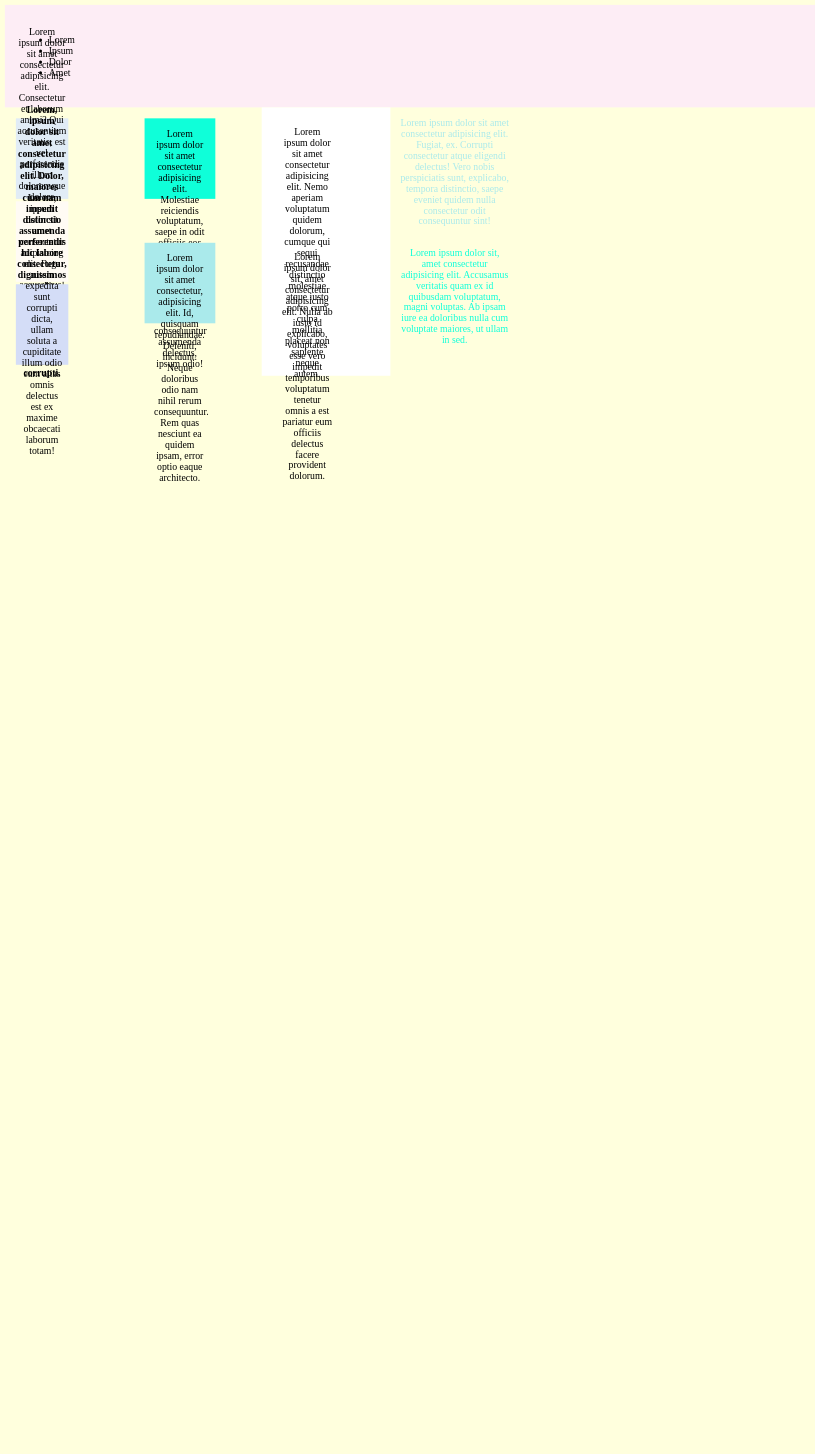
Repository: HTML-a-CSS-2/projekt-portfolio-Angelina555555
Page: .github/index.html
These files come from the project's save history. The page is drawn as it stood at one moment and after the next save; the edit follows.
The browser window is 1280 px wide. The page is 1336 px wide, so the pictures cover 1336 px, including what lies to the right of the window. The pictures show the whole page, at 61% of full size.

Above is the page before, as saved 2022-05-14 21:55:04.

After the next save:
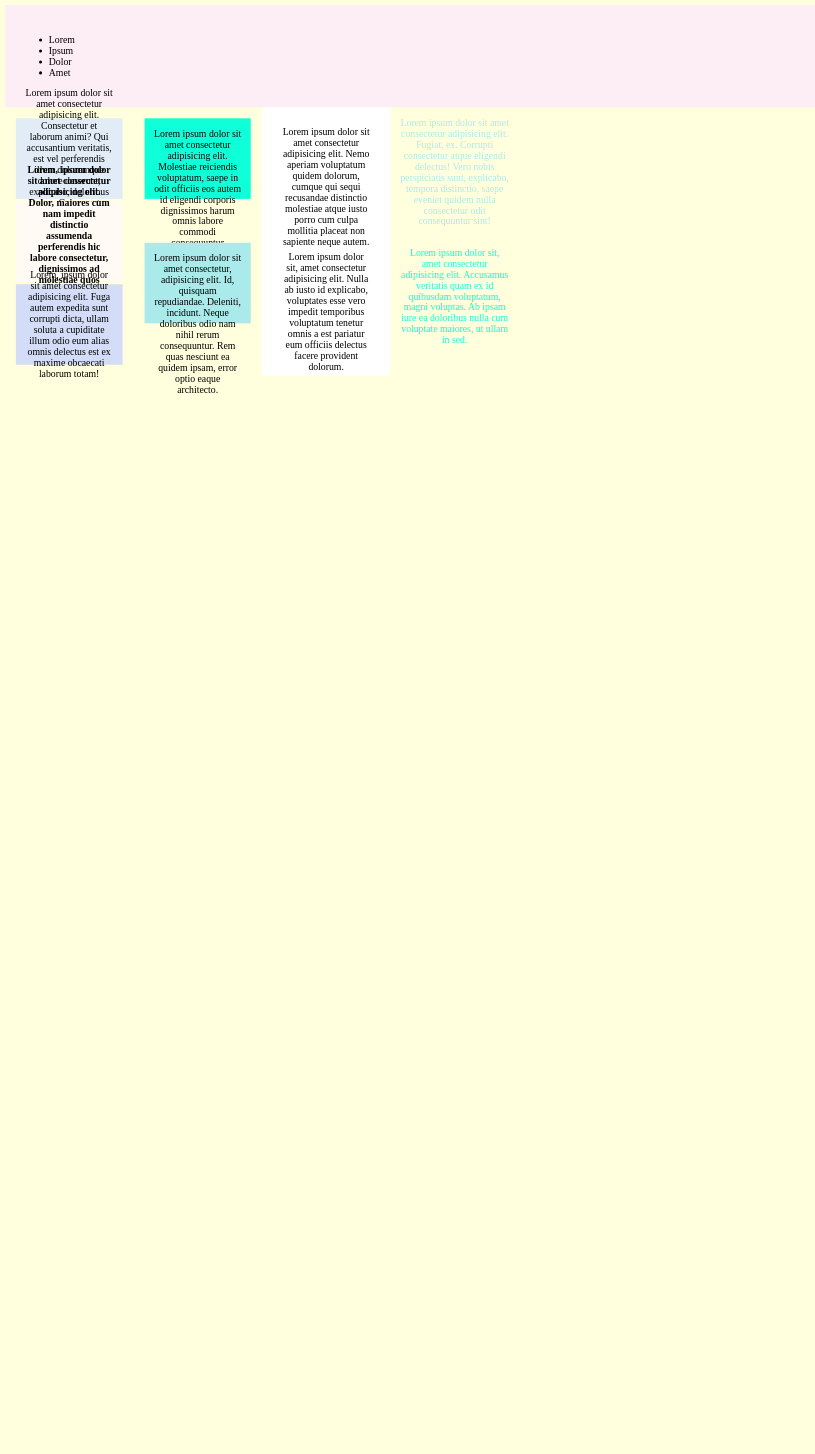
Saved 4 min 10 s later.
--- a/.github/default.css
+++ b/.github/default.css
@@ -35,7 +35,7 @@ body {
   align-items: center;
   padding: 1rem 1rem;
   margin: 2px;
-  width: 30%;
+
   height: 100px;
 }
 
@@ -61,7 +61,7 @@ body {
 .blok-posledni__element-devet {
   padding: 1rem 1rem;
   margin: 2px;
-  width: 47%;
+
   height: 100px;
 }
 
